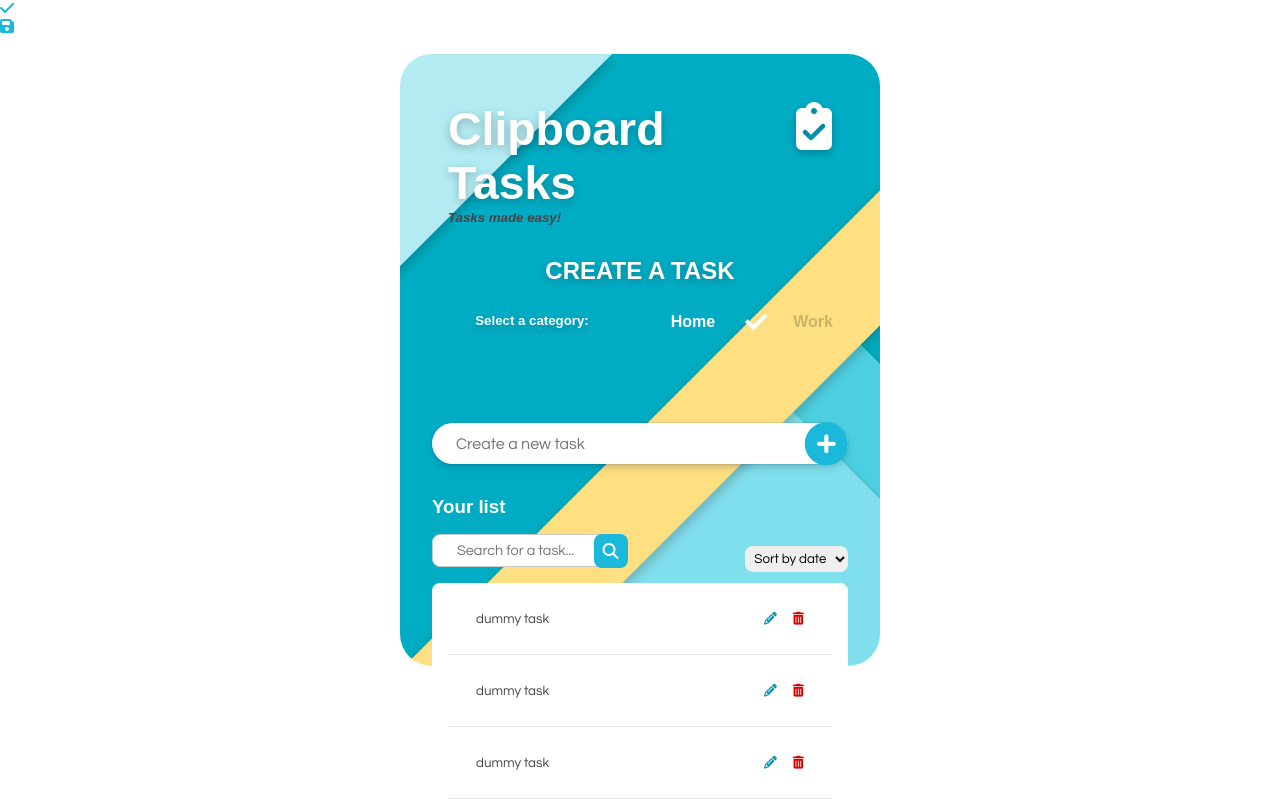
Repository: WesleyErasmus/Todo-App
Page: todoApp.html
The author's editor kept a copy of each file at every save. The page is drawn from the files as they stood at one save, then again after the next save.
The browser window is 1280 px wide. The pictures show the whole page.
Some web fonts or font styles are not loaded; a fallback is used. Some web libraries are served in a nearby version.

Above is the page before, as saved 2022-06-12 17:27:27.

### todoApp.html
<!DOCTYPE html>
<html lang="en">
<head>
    <meta charset="UTF-8">
    <meta http-equiv="X-UA-Compatible" content="IE=edge">
    <meta name="viewport" content="width=device-width, initial-scale=1.0">
    <title>Todo App</title>
    <script src="https://kit.fontawesome.com/81ea498f91.js" crossorigin="anonymous"></script>
    <link rel="stylesheet" href="/source/css/todoApp.css">
    <script src="/source/script/todoApp.js" defer></script>
</head>
<body>
    <!-- App wrapper -->
    <main class="app-wrapper">
        <!-- App header -->
        <header>
            <div>
            <h1 class="slogan">Clipboard Tasks</h1>
            <h5 class="slogan-2"><em>Tasks made easy!</em></h5>
            </div>
            <div id="jumbotron-logo"><i class="fa-solid fa-clipboard-check fa-3x"></i></div>
        </header>

        <h2 id="create-task-heading">CREATE A TASK</h2>

        <!-- Categories section -->
        <section>
        <form id="todo-list-form">
           <div class="test">

            <h5 class="category-heading">Select a category:</h5>

            <div class="toggle-radio">
                <input type="radio" name="rdo" id="yes" checked>
                <input type="radio" name="rdo" id="no">
                <div class="switch">
                  <label for="yes">Home</label>
                  <label for="no">Work</label>
                  <span></span>
                </div>
              </div>

            </div>
            <!-- <div class="category-selectors"> -->
                <!-- Personal category (make to assign as default, unless user selects work category) -->
                <!-- <label id="personal-label-btn">
                    <input type="radio" name="category" value="Personal" id="personal-category" />
                    <div>Personal</div>
                </label> -->
                <!-- Work category -->
                <!-- <label id="work-label-btn">
                    <input type="radio" name="category" value="Work" id="work-category" />
                    <div>Work</div>
                </label>
            </div> -->
            <!-- End of radio categories div -->
            <div class="create-submit">
            <input type="text" name="create-task" id="create-task" placeholder="Create a new task" />
            <button id="task-submit-btn" type="submit" value="create-new-task">
                <i class="fa-solid fa-circle-plus"></i>
            </button>
        </div>
        </form>
        </section>

        <!-- Task list is created here, new tasks are outputted below -->
        <section class="todo-list-output">
            <div id="list-header">
            <h3>Your list</h3>
            </div>
            <!-- SEARCH BAR -->
            <div id="search-filter-section">
                <form id="search-bar">
                <input type="text"
                id="search-bar"
                placeholder="Search for a task...">
                <button type="submit"><i class="fa fa-search"
                id="search-submit-btn"></i></button>
                </form>
                <!-- Classic filter dropdown -->
                <div>
                    <select name="filter" id="filter">
                    <option value="Date">Sort by date</option>
                    <option value="Name">Sort by title</option>
                    </select>
                    <!-- <i class="fa-solid fa-arrow-down-wide-short"></i> -->
                </div>

                </div>
            <!-- Actual task list output -->
            <div class="tasks" id="tasks">

                <div class="dummy-task">

                    <div class="task-name">
                        <input type="text"
                        class="text"
                        value="dummy task"
                        readonly>
                        <div class="edit-delete">
                            <button class="edit"><i class="fa-solid fa-pencil"></i></button>
                            <button class="delete"><i class="fa fa-trash" aria-hidden="true"></i></button>
                        </div>
                    </div>
                </div>

                <div class="dummy-task">

                    <div class="task-name">
                        <input type="text"
                        class="text"
                        value="dummy task"
                        readonly>
                        <div class="edit-delete">
                            <button class="edit"><i class="fa-solid fa-pencil"></i></button>
                            <button class="delete"><i class="fa fa-trash" aria-hidden="true"></i></button>
                        </div>
                    </div>
                </div>

                <div class="dummy-task">

                    <div class="task-name">
                        <input type="text"
                        class="text"
                        value="dummy task"
                        readonly>
                        <div class="edit-delete">
                            <button class="edit"><i class="fa-solid fa-pencil"></i></button>
                            <button class="delete"><i class="fa fa-trash" aria-hidden="true"></i></button>
                        </div>
                    </div>
                </div>

            </div>

        </section>

    </main> <!-- End of App wrapper -->
        <!-- Save icon and task complete icon -->
                <li><i class="fa-solid fa-check"></i></li>
                <li><i class="fa-solid fa-floppy-disk"></i></li>

</body>
</html>

### source/css/todoApp.css
@import url('https://fonts.googleapis.com/css2?family=Lexend+Tera:wght@100&family=Questrial&display=swap');


/* CSS Variables */
:root {
    --background-color: #fff;
    --primary: #1AB8DB;
    --secondary: #1593AF;
    --delete: #E50000;
    --grey: #ccc9c9;
    --dark-grey: #444444;

    --text-shadows: text-shadow: rgba(0, 0, 0, 0.24) 0px 3px 8px;
    --box-shadows: box-shadow: rgba(9, 30, 66, 0.25) 0px 4px 8px -2px, rgba(9, 30, 66, 0.08) 0px 0px 0px 1px;

    /* add linear gradients */
}

/* Universal selector styling */
* {
    box-sizing: border-box;
    margin: 0;
    padding: 0;
    font-family: 'Lexend Tera', sans-serif;
    list-style: none;
}

/* Below will remove input and checkbox default styling */
input:not([type="radio"]):not([type="checkbox"]), button {
	appearance: none;
	border: none;
	outline: none;
	background: none;
	cursor: initial;
}

/* *** UNIVERSAL BUTTON STYLING *** */
button {
	appearance: none;
	border: none;
	outline: none;
	background: none;
	cursor: initial;
    cursor: pointer;
}

body {
    background-color: var(--background-color);
    color: var(--primary);
}

main {
    padding-top: 2rem;
    background-color: var(--secondary);
    background-image: url(/images/bg-1.jpg);
    background-size: cover;
    background-position: center;
    background-repeat: no-repeat;
    border-radius: 2rem;
    padding-left: 2rem;
    padding-right: 2rem;
    flex: 1 1 0%;
    align-items: center;
    justify-content: center;
    max-width: 480px;
    height: 85vh;
    width: 100%;
    position: absolute;
    top: 50%;
    left: 50%;
    margin-right: -50%;
    transform: translate(-50%, -50%)
}

section {
    margin-top: 1rem;
    margin-bottom: 2rem;
}

header {
    display: flex;
    justify-content: space-between;
    padding: 1rem;
    border-radius: 1rem;
    /* add gradient color to font and logo */
}
.slogan {
    color: #fff;
    font-family: 'Lexend Tera', sans-serif;
    font-size: 2.9rem;
    text-shadow: rgba(0, 0, 0, 0.24) 0px 3px 8px;
    /* -webkit-background-clip: text;
    -webkit-text-fill-color: transparent; */
}
.slogan-2 {
    color: #444444;
}

#jumbotron-logo {
    color: #fff;
    text-shadow: rgba(0, 0, 0, 0.24) 0px 3px 8px;
}
/* create task H3 styling*/
#create-task-heading {
    color: var(--background-color);
    margin-top: 1rem;
    text-align: center;
    text-shadow: rgba(0, 0, 0, 0.24) 0px 3px 8px;
}
/* Select category h2 styling */
.category-heading {
    color: var(--background-color);
    text-align: center;
    margin-bottom: 0.75rem;
    text-shadow: rgba(0, 0, 0, 0.24) 0px 3px 8px;
}

/* Work / personal category selector styling */
.category-selectors {
    display: grid;
    grid-template-columns: repeat(2, 1fr);
    grid-gap: 1rem;
    margin-bottom: 1rem;
}

label {
    font-family: 'Karla', sans-serif;
    font-weight: 590;
}

.category-selectors label{
    display: flex;
    flex-direction: column;
    justify-content: center;
    align-items: center;
    background-color: var(--primary);
    padding: 1rem 2rem;
    border-radius: 999999px;
    color: #fff;
    box-shadow: var(--box-shadows);
}

/* change the below id to #work-category-btn */
#work-label-btn {
    font-family: 'Karla', sans-serif;
    background-color: var(--grey);
}

#create-task {
    margin-top: 75px;
    font-family: 'Questrial', sans-serif;
	display: block;
	width: 100%;
	font-size: 1rem;
	padding: 0.79rem 1.5rem;
    padding-right: 0rem;
	color: var(--dark-grey);
	background-color: var(--background-color);
    box-shadow: rgba(9, 30, 66, 0.25) 0px 4px 8px -2px, rgba(9, 30, 66, 0.08) 0px 0px 0px 1px;
    border-radius: 9999px;

}

/* change to task add btn */
#task-submit-btn{
    position: absolute;
    display: block;
    right: 0rem;
    bottom: -0.5px;
    border: none;
    background-color: transparent;
    color: var(--primary);
}

.fa-circle-plus {
    font-size: 2.7rem;
}

/* add gradient color to fa-logo */

.create-submit {
    position: relative;
    display: flex;
    justify-content: center;
    align-items: center;
    text-align: center;
    margin-top: 0.5rem;
}

.create-task {
    text-align: center;
}

#list-header {
width: 80%;
display: flex;
justify-content: space-between;
margin-bottom: 1rem;
color: #fff;
}

#search-filter-section {
    display: flex;
    margin: 0 auto;
    justify-content: space-between;
    margin-top: 1rem;
    text-align: center;
    align-items: center;
}

#search-bar {
    position: relative;
    display: flex;
    justify-content: center;
    align-items: center;
    width: 47%;
}

#search-bar input{
    font-family: 'Questrial', sans-serif;
	display: block;
	width: 100%;
	font-size: 0.9rem;
	padding: 0.50rem 1.5rem;
    padding-right: 0rem;
	color: var(--dark-grey);
	background-color: var(--background-color);
    border: 0.1px solid var(--grey);
    border-radius: 0.5rem;
    margin-bottom: 1rem;
}

#search-submit-btn {
    position: absolute;
    display: block;
    right: 0rem;
    top: 0;
    background-color: var(--primary);
    border-top-left-radius: 0.5rem;
    border-bottom-left-radius: 0.5rem;
    border-top-right-radius: 0.5rem;
    border-bottom-right-radius: 0.5rem;
    padding: 0.56rem;
    color: #fff;
}

/* Font-awesome search icon styling */
.fa-search {
    font-size: 1rem;
    color: var(--primary);
}

/* Filter styling */
.filter {
    font-family: 'Questrial', sans-serif;
    font-size: 1.1rem;
    font-weight: 500;
    color: var(--secondary);
    text-shadow: var(--text-shadows);
}

.fa-arrow-down-wide-short {
    color: var(--primary);
}

select {
    margin-left: 0.3rem;
    padding: 0.3rem;
    border: none;
    outline: 0;
    /* border: 1px var(--grey) solid; */
    border-radius: 0.5rem;
    font-family: 'Questrial', sans-serif;
    box-shadow: var(--box-shadows);
}
option {
    font-family: 'Questrial', sans-serif;
}

#tasks {
    border-radius: 0.5rem;
    background-color: #fff;
}

#tasks .task-name {
    display: flex;
    justify-content: space-between;
    background-color: var(--background-color);
    padding: 1.75rem;
    background-color: #fff;
    margin-bottom: 0rem;
    margin: 0 1rem;
    border-bottom: 0.01px solid rgba(229, 225, 225, 0.919);
}

.dummy-task .task-name {
    flex: 1 1 0%;
}

.dummy-task .task-name .text {
    color: var(--dark-grey);
    font-family: 'Questrial', sans-serif;
    width: 100%;
    display: block;
    transition: 0.4s;
}

.dummy-task .edit-delete {
    display: flex;
    margin: 0 -0.5rem;

}

/* Edit button styling */

.fa-pencil {
    color: var(--secondary);
}

.fa-trash {
    color: var(--delete);
}

.dummy-task .edit-delete button {
    cursor: pointer;
    margin: 0 0.5rem;
    font-size: 0.8rem;
    font-weight: 700;
    text-transform: uppercase;
    transition: 0.4s;
}



/* CATEGORY TOGGLE */

.test {
    display: grid;
    grid-template-columns: repeat(2, 1fr);
    grid-gap: 1rem;
    margin-bottom: 1rem;
    margin: 0 auto;
    margin-top: 1.75rem;
}

.toggle-radio {
    position: relative;
}

.switch {
    position: absolute;
    top: 50%;
    left: 50%;
    width: 200px;
    height: 50px;
    text-align: center;
    margin: -30px 0 0 -95px;
    background: none;
    transition: all 0.2s ease;
    border-radius: 9999px;
  }
  .switch span {
    position: absolute;
    width: 20px;
    height: 4px;
    top: 50%;
    left: 50%;
    margin: -2px 0px 0px -4px;
    background: #fff;
    display: block;
    transform: rotate(-45deg);
    transition: all 0.2s ease;
  }
  .switch span:after {
    content: "";
    display: block;
    position: absolute;
    width: 4px;
    height: 12px;
    margin-top: -8px;
    background: #fff;
    transition: all 0.2s ease;
  }
  input[type=radio] {
    display: none;
  }
  .switch label {
    cursor: pointer;
    color: rgba(0,0,0,0.2);
    width: 80px;
    line-height: 50px;
    transition: all 0.2s ease;
  }
  label[for=yes] {
    position: absolute;
    left: 0px;
    height: 20px;
  }
  label[for=no] {
    position: absolute;
    right: 0px;
  }
  #no:checked ~ .switch {
    background: #eb4f37;
  }
  #no:checked ~ .switch span {
    background: #fff;
    margin-left: -8px;
  }
  #no:checked ~ .switch span:after {
    background: #fff;
    height: 20px;
    margin-top: -8px;
    margin-left: 8px;
  }
  #yes:checked ~ .switch label[for=yes] {
    color: #fff;
    /* change personal width here */
    width: 80px;
  }
  #no:checked ~ .switch label[for=no] {
    color: #fff;
  }

### source/script/todoApp.js
// *** FILTER BTN SCRIPT ***

/* When the user clicks on the button,
toggle between hiding and showing the dropdown content */
// function myFunction() {
//     document.getElementById("myDropdown").classList.toggle("show");
//   }

//   // Close the dropdown if the user clicks outside of it
//   window.onclick = function(event) {
//     if (!event.target.matches('.dropbtn')) {
//       var dropdowns = document.getElementsByClassName("dropdown-content");
//       var i;
//       for (i = 0; i < dropdowns.length; i++) {
//         var openDropdown = dropdowns[i];
//         if (openDropdown.classList.contains('show')) {
//           openDropdown.classList.remove('show');
//         }
//       }
//     }
//   }
//   *** END OF FILTER BUTTON ***

After the next save:
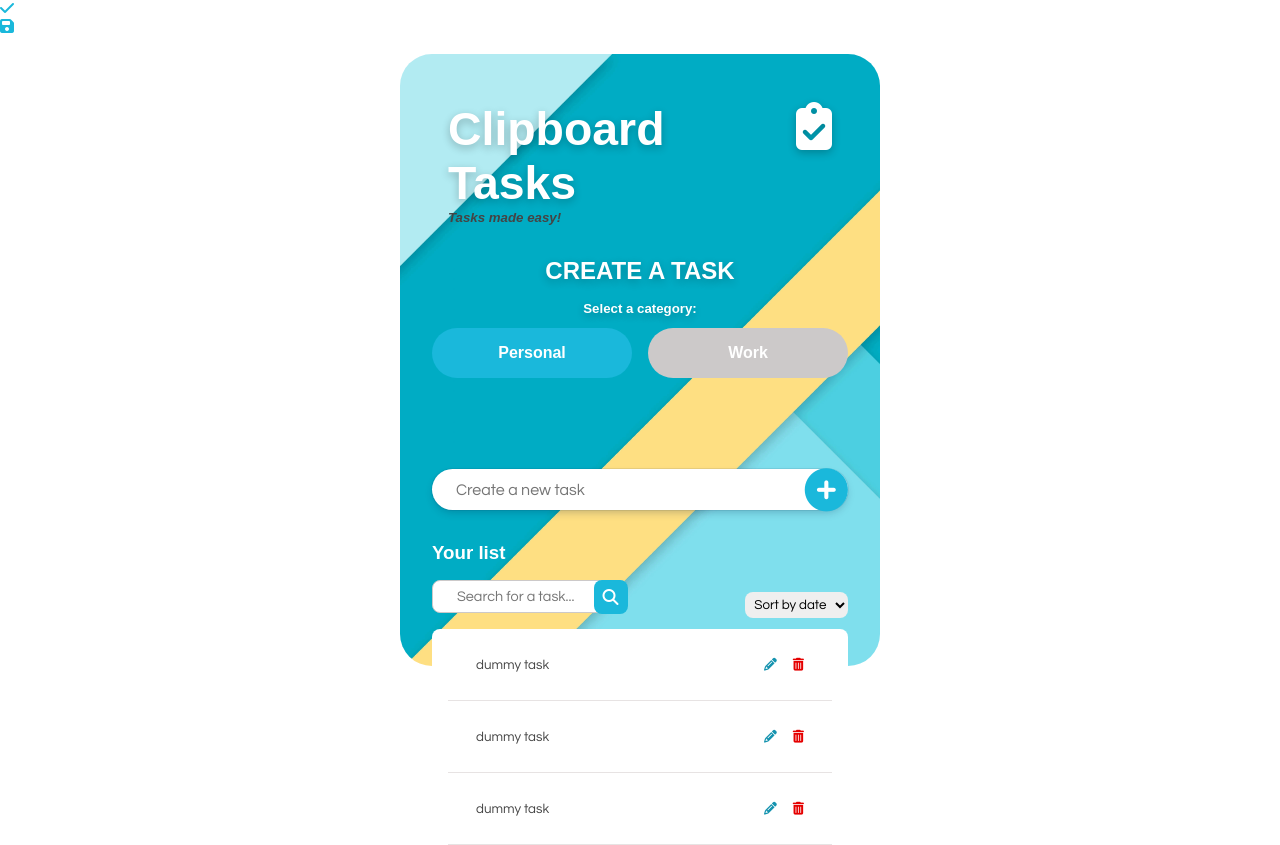
Saved 98 s later.
--- a/todoApp.html
+++ b/todoApp.html
@@ -26,11 +26,11 @@
         <!-- Categories section -->
         <section>
         <form id="todo-list-form">
-           <div class="test">
+           <!-- <div class="test"> -->
 
             <h5 class="category-heading">Select a category:</h5>
 
-            <div class="toggle-radio">
+            <!-- <div class="toggle-radio">
                 <input type="radio" name="rdo" id="yes" checked>
                 <input type="radio" name="rdo" id="no">
                 <div class="switch">
@@ -38,21 +38,21 @@
                   <label for="no">Work</label>
                   <span></span>
                 </div>
-              </div>
+              </div> -->
 
-            </div>
-            <!-- <div class="category-selectors"> -->
+            <!-- </div> -->
+            <div class="category-selectors">
                 <!-- Personal category (make to assign as default, unless user selects work category) -->
-                <!-- <label id="personal-label-btn">
+                <label id="personal-label-btn">
                     <input type="radio" name="category" value="Personal" id="personal-category" />
                     <div>Personal</div>
-                </label> -->
+                </label>
                 <!-- Work category -->
-                <!-- <label id="work-label-btn">
+                <label id="work-label-btn">
                     <input type="radio" name="category" value="Work" id="work-category" />
                     <div>Work</div>
                 </label>
-            </div> -->
+            </div>
             <!-- End of radio categories div -->
             <div class="create-submit">
             <input type="text" name="create-task" id="create-task" placeholder="Create a new task" />
